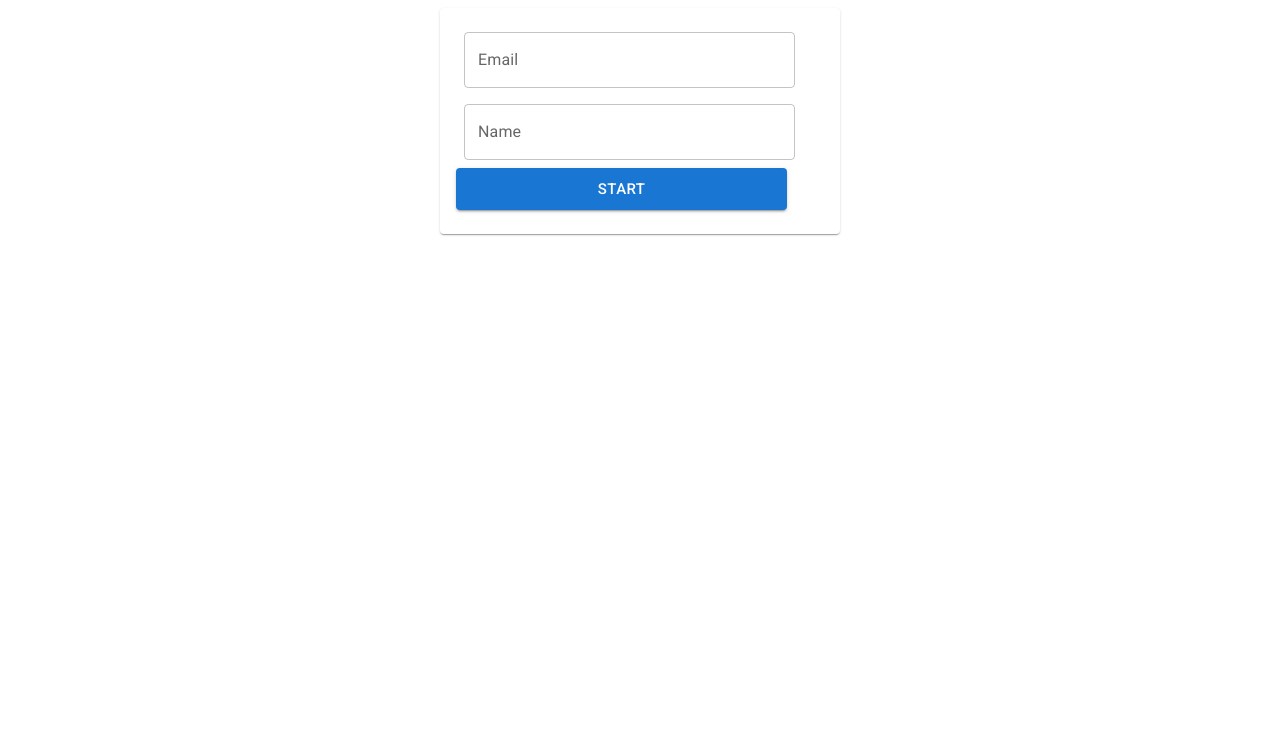
Repository: shikubro90/Quiz-App-React
Page: /
These files come from the project's save history. The page is drawn as it stood at one moment and after a run of saves; the edit follows.
The browser window is 1280 px wide. The pictures show the whole page.
The project was rebuilt for these pictures with package versions that can differ from the ones it lists, and the page was loaded fresh each time. Also part of the build but not shown: src/index.css, src/App.css.

Above is the page before, as saved 2022-06-25 01:49:18.

### src/App.js
import './App.css';
import Login from './components/Login';

function App() {
  return (
    <>
      <Login/>
    </>

  );
}

export default App;

### src/components/Login.jsx
import React from 'react';
import {Box, Button, Card, CardContent} from '@mui/material'
import { TextField } from '@mui/material';
import Center from './Center'

const Login = () => {
    return (
        <Center>
            <Card sx={{width: "400px"}}>
                <CardContent>
                    <Box sx={{
                        '& .MuiTextField-root' : {
                            m:1,
                            width: "90%"
                        }
                    }}>
                        <form noValidate>
                            <TextField
                            label="Email"
                            name="email"
                            variant='outlined'
                            />

                            <TextField
                            label="Name"
                            name="name"
                            variant='outlined'
                            />

                            <Button sx={{width: "90%"}}
                            type='submit'
                            variant='contained'
                            size='large'
                            >Start</Button>

                        </form>
                    </Box>
                </CardContent>
            </Card>
        </Center>
    );
};

export default Login;

### src/components/Center.jsx
import { Grid } from '@mui/material'
import React from 'react'

const Center = (props) => {
  return (
    <Grid
    container
    direc
    alignItem ="center"
    justifyContent="center"
    sx={{minHeight : "100vh"}}>
        <Grid item sx={1}>
            {props.children}
        </Grid>
    </Grid>
  )
}

export default Center

Loaded but not shown: public/index.html (common file); src/index.js (common file); src/reportWebVitals.js (common file)

After the next 2 saves:
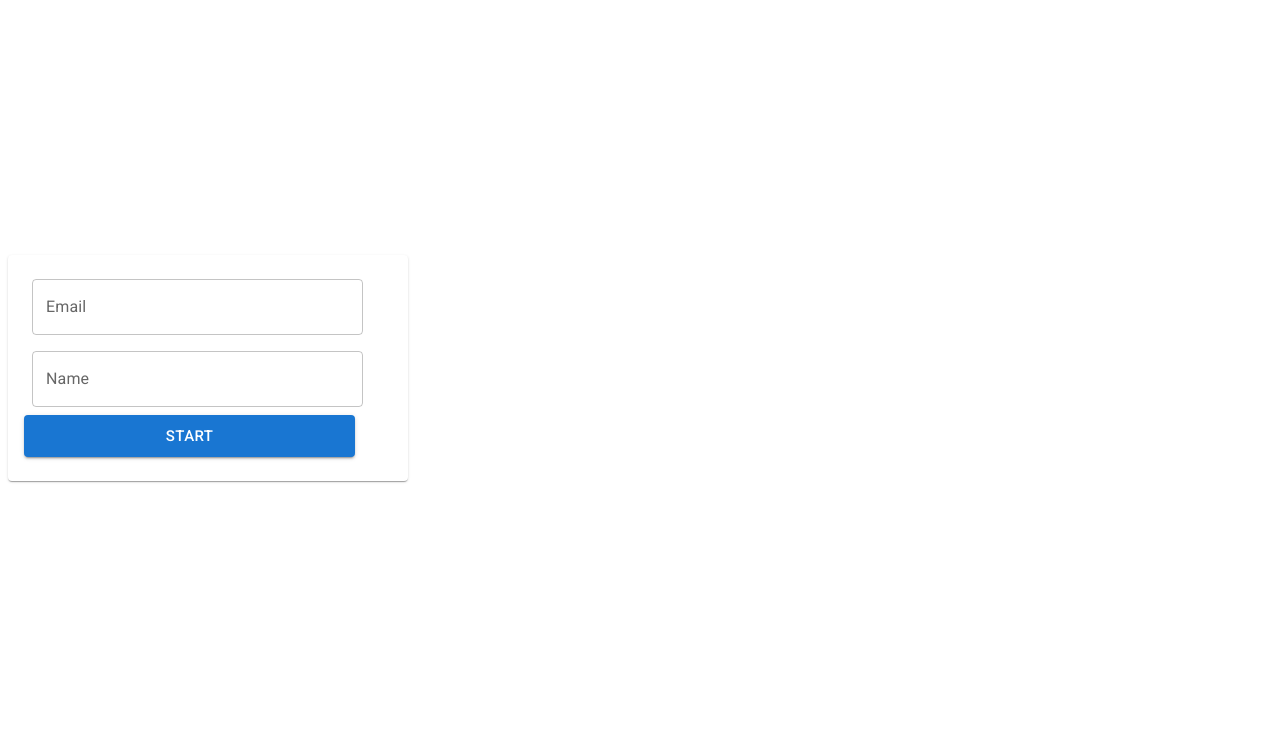
The 2 saves are shown as one change because they came seconds apart.
The last was saved 7 s later.
--- a/src/components/Center.jsx
+++ b/src/components/Center.jsx
@@ -5,7 +5,7 @@ const Center = (props) => {
   return (
     <Grid
     container
-    direc
+    direction="column"
     alignItem ="center"
     justifyContent="center"
     sx={{minHeight : "100vh"}}>
